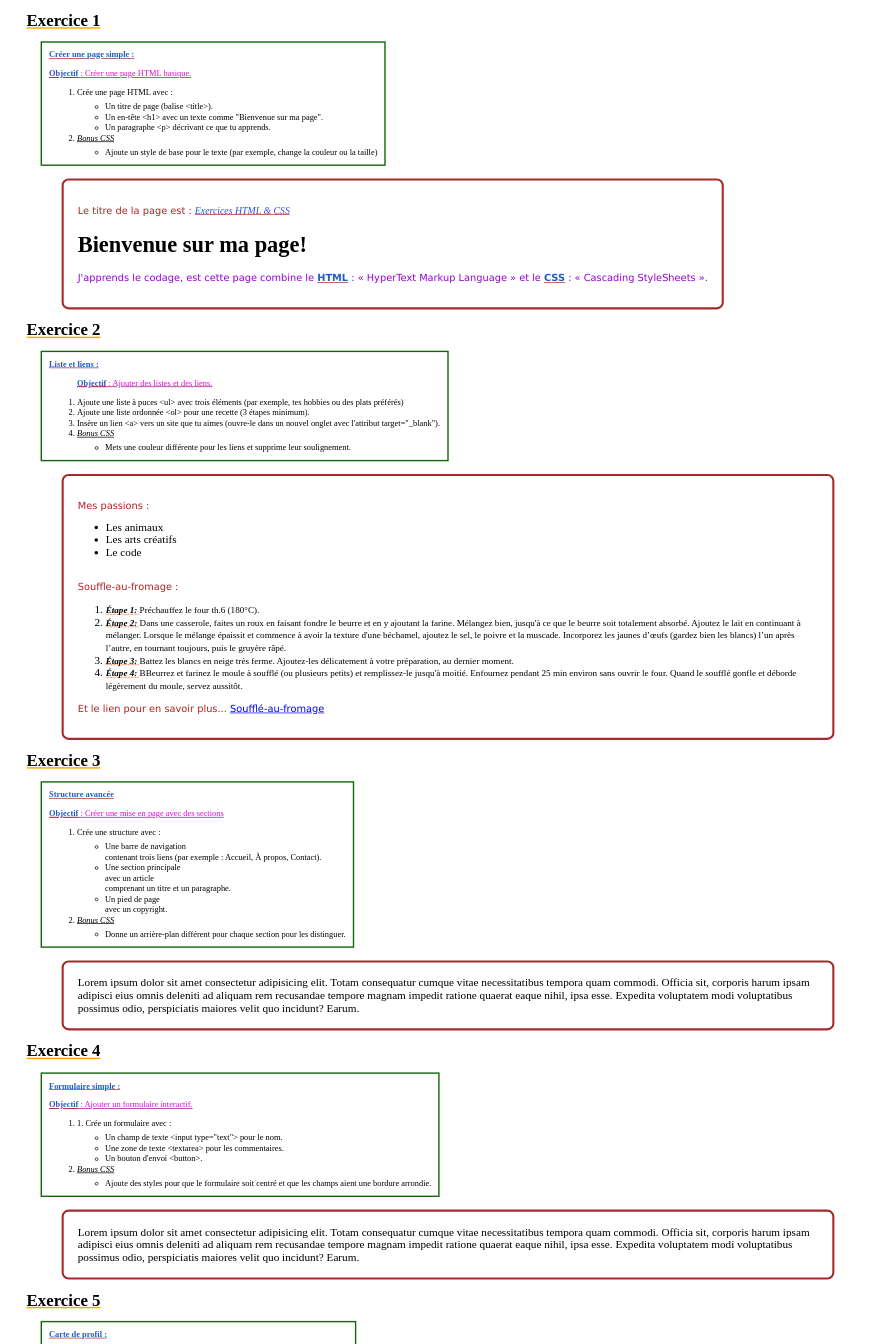
Repository: AnnaSpirit/Mimo_App
Page: Exercices_HTML&CSS.html
These files come from the project's save history. The page is drawn as it stood at one moment and after the next save; the edit follows.
The browser window is 1280 px wide. The pictures show the part of the page from y = 0 to 1920 px (the page is 2575 px tall before and 2557 px after), at 70% of full size.

Above is the page before, as saved 2024-12-08 16:48:51.

After the next save:
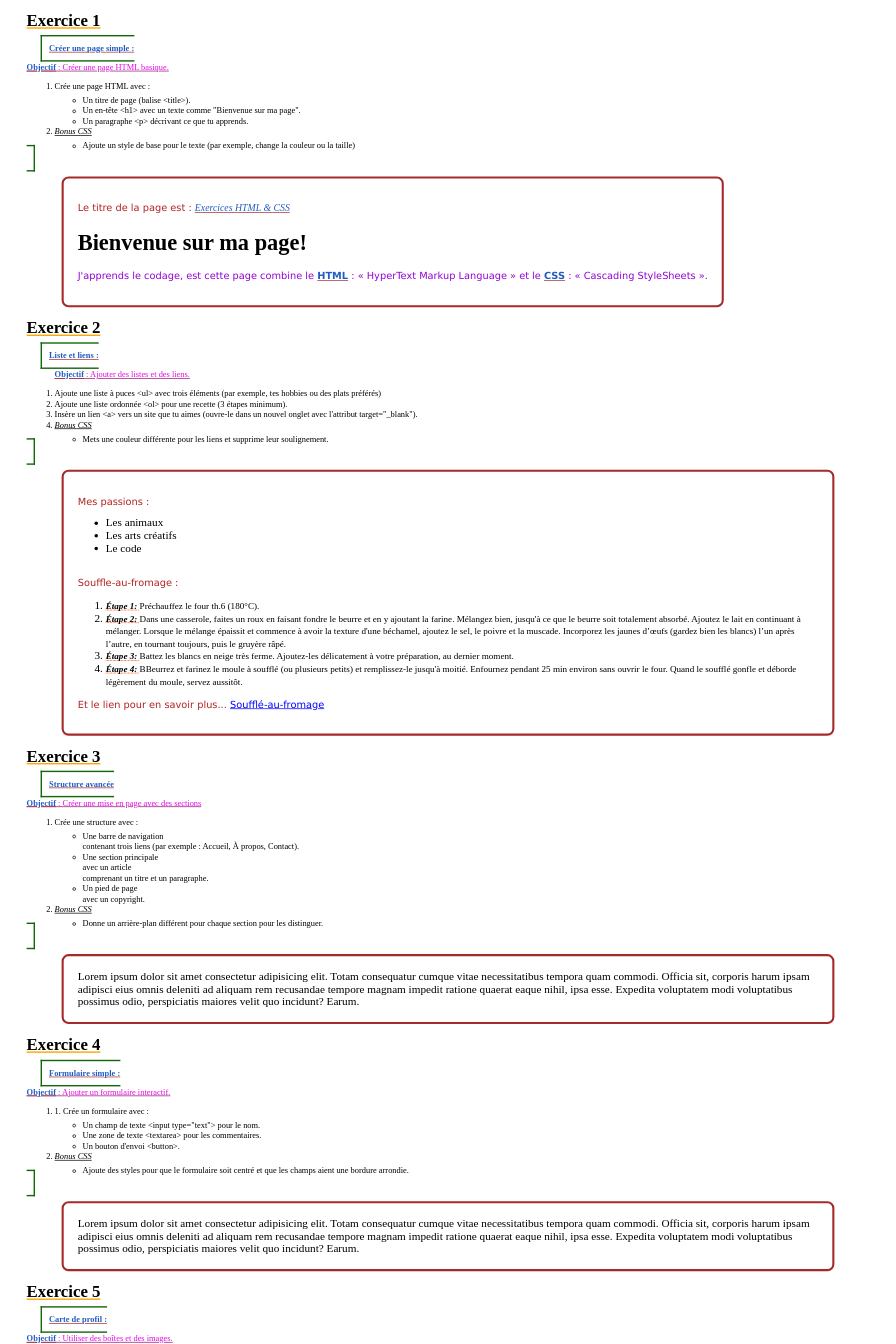
Saved 4 min 35 s later.
--- a/styleCSS.css
+++ b/styleCSS.css
@@ -17,7 +17,7 @@
     /* Une bordure de 2px */
     padding: 10px;
     /* Espace entre le texte et la bordure */
-    display: inline-block;
+    display: inline;
     /* S'assurer que la bordure s'adapte au texte */
     margin: 0 20px;
     /* Décalage de 20px à droite et à gauche */

After the 4 saves that followed:
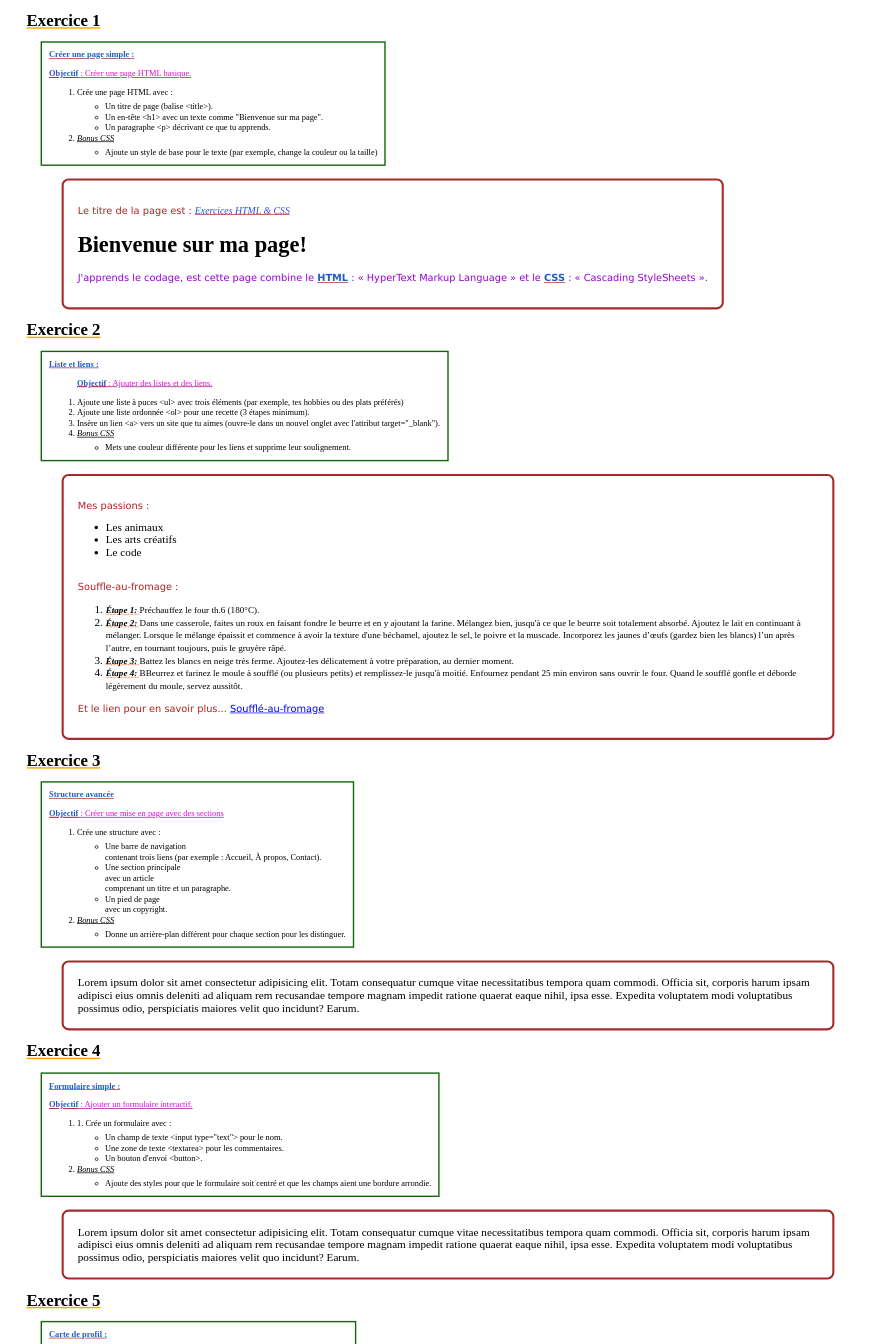
The 4 saves are shown as one change because 1 left the picture as it was and some came seconds apart.
The last was saved 30 s later.
--- a/styleCSS.css
+++ b/styleCSS.css
@@ -17,7 +17,7 @@
     /* Une bordure de 2px */
     padding: 10px;
     /* Espace entre le texte et la bordure */
-    display: inline;
+    display: inline-block;
     /* S'assurer que la bordure s'adapte au texte */
     margin: 0 20px;
     /* Décalage de 20px à droite et à gauche */
